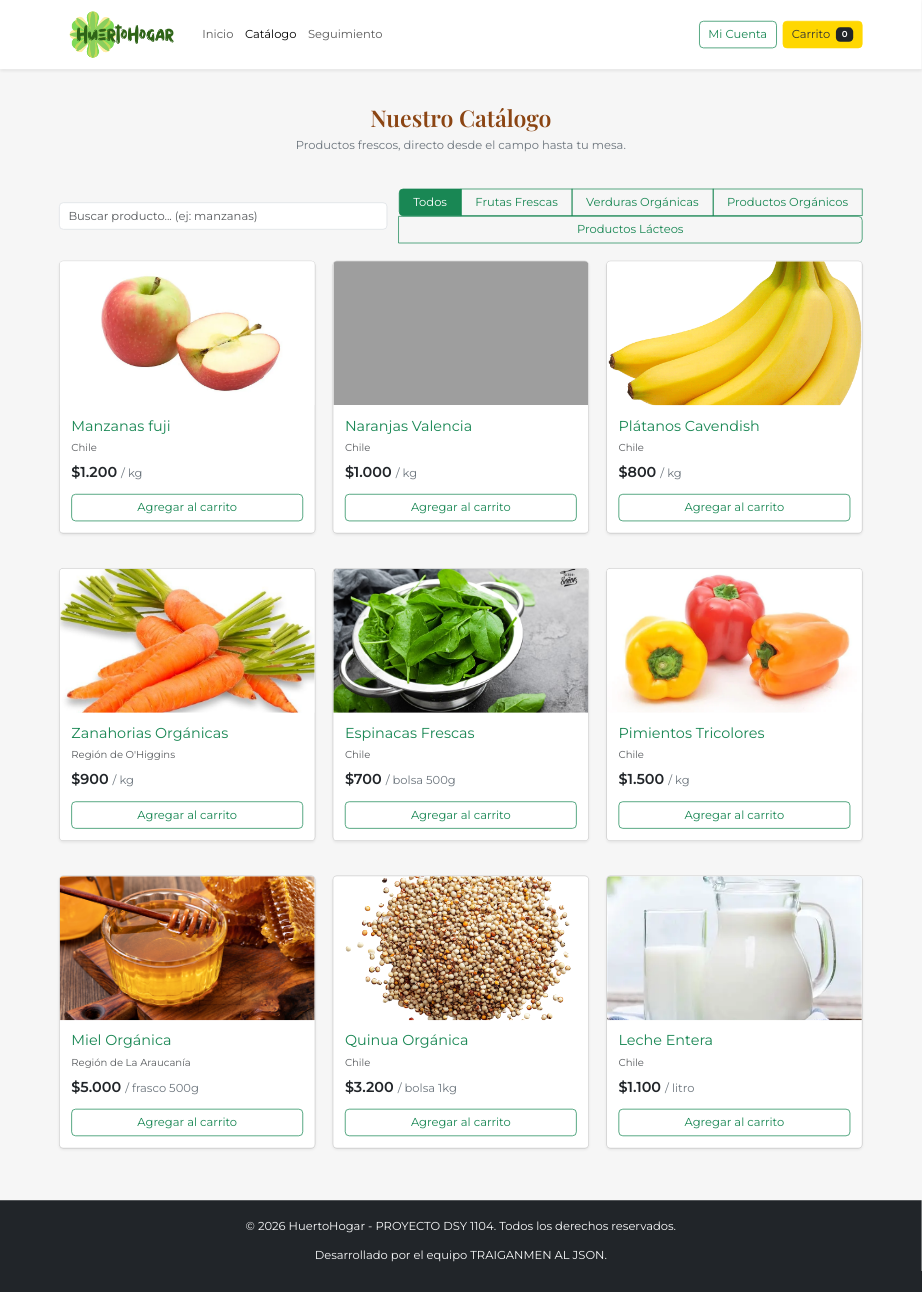
Repository: RottZen/Ev_1_Huerto_Hogar
Page: 2_catalogo/catalogo.html
These files come from the project's save history. The page is drawn as it stood at one moment and after the next save; the edit follows.
The browser window is 1280 px wide. The pictures show the whole page, at 72% of full size.
Pictures or frames that could not be fetched are drawn as grey boxes.

Above is the page before, as saved 2026-09-08 18:03:55.

### 2_catalogo/catalogo.html
<!DOCTYPE html>
<html lang="es">
<head>
    <meta charset="UTF-8">
    <meta name="viewport" content="width=device-width, initial-scale=1.0">
    <title>Catálogo - HuertoHogar</title>


    <link href="https://cdn.jsdelivr.net/npm/bootstrap@5.3.2/dist/css/bootstrap.min.css" rel="stylesheet">
    <link href="https://fonts.googleapis.com/css2?family=Montserrat:wght@400;600&family=Playfair+Display:wght@600;700&display=swap" rel="stylesheet">


    <link rel="stylesheet" href="../7_comunes/global.css">
    <link rel="stylesheet" href="catalogo.css">
</head>
<body class="d-flex flex-column min-vh-100">

    <!-- FIX header-->
    <header>
        <nav class="navbar navbar-expand-lg navbar-light bg-white shadow-sm">
            <div class="container">
                <a class="navbar-brand" href="../1_inicio/index.html">
                    <img src="../assets/img/logo.png" alt="Logo HuertoHogar" class="logo-header d-inline-block align-text-center">
                </a>
                <button class="navbar-toggler" type="button" data-bs-toggle="collapse" data-bs-target="#menuNavegacion">
                    <span class="navbar-toggler-icon"></span>
                </button>

                <div class="collapse navbar-collapse" id="menuNavegacion">
                    <ul class="navbar-nav me-auto mb-2 mb-lg-0">
                        <li class="nav-item"><a class="nav-link" href="../1_inicio/index.html">Inicio</a></li>
                        <li class="nav-item"><a class="nav-link active" href="../2_catalogo/catalogo.html">Catálogo</a></li>
                        <li class="nav-item"><a class="nav-link" href="../6_seguimiento/rastreo.html">Seguimiento</a></li>
                    </ul>
                    <div class="d-flex gap-2">
                        <a href="../4_autenticacion/registro.html" class="btn btn-outline-success">Mi Cuenta</a>
                        <a href="../3_carrito/carrito.html" class="btn btn-warning">
                            Carrito <span class="badge bg-dark ms-1" id="contador-carrito">0</span>
                        </a>
                    </div>
                </div>
            </div>
        </nav>
    </header>

    <!-- CONTENEDOR DEL CATÁLOGO -->
    <main class="container my-5 flex-grow-1">
        <div class="text-center mb-5">
            <h2 class="font-playfair">Nuestro Catálogo</h2>
            <p class="text-secondary">Productos frescos, directo desde el campo hasta tu mesa.</p>
        </div>

        <div class="row mb-4 g-3 align-items-center">
            <div class="col-md-5">
                <input
                    type="text"
                    id="buscador-productos"
                    class="form-control"
                    placeholder="Buscar producto... (ej: manzanas)"
                    oninput="buscarProductos(this.value)">
            </div>

            <div class="col-md-7 text-md-end">
                <div class="btn-group flex-wrap" role="group">
                    <button class="btn btn-outline-success active" onclick="filtrarPorCategoria('todos')">Todos</button>
                    <button class="btn btn-outline-success" onclick="filtrarPorCategoria('frutas')">Frutas Frescas</button>
                    <button class="btn btn-outline-success" onclick="filtrarPorCategoria('verduras')">Verduras Orgánicas</button>
                    <button class="btn btn-outline-success" onclick="filtrarPorCategoria('organicos')">Productos Orgánicos</button>
                    <button class="btn btn-outline-success" onclick="filtrarPorCategoria('lacteos')">Productos Lácteos</button>
                </div>
            </div>
        </div>

        <div class="row row-cols-1 row-cols-sm-2 row-cols-lg-3 g-4 grid-productos">
        </div>
    </main>


    <footer class="bg-dark text-light py-4 mt-auto">
        <div class="container text-center">
            <p>&copy; 2026 HuertoHogar - PROYECTO DSY 1104. Todos los derechos reservados.</p>
            <p>Desarrollado por el equipo TRAIGANMEN AL JSON.</p>
        </div>
    </footer>

    <script src="https://cdn.jsdelivr.net/npm/bootstrap@5.3.2/dist/js/bootstrap.bundle.min.js"></script>
    <script src="../7_comunes/datos.js"></script>
    <script src="catalogo.js"></script>
</body>
</html>

### 7_comunes/global.css
/* tipografia */
@import url('https://fonts.googleapis.com/css2?family=Montserrat:wght@400;600&family=Playfair+Display:wght@600;700&display=swap');

/* variable colores of */
:root{
    --blanco-suave: #f6f6f6;
    --verde-esmeralda: #2e8b57;
    --amarillo-mostaza: #ffd700;
    --marron-claro: #8B4513;
    --gris-oscuro: #333333;
    --gris-medio: #666666;

}
.logo-header{
    height: 70px;
    width: auto;
    object-fit: contain;

}

/* configuracion base */
body{
    background-color: var(--blanco-suave);
    color : var(--gris-oscuro);
    font-family: 'Montserrat', sans-serif;
}

h1, h2, h3, h4{
    font-family: 'Playfair Display', serif;
    color: var(--marron-claro)
}


/* sobreescribir botones feos de bootstrap */

.btn-primary{
    background-color: var(--verde-esmeralda) !important;
    border-color: var(--verde-esmeralda) !important;
    color: white !important;
}
.btn-primary:hover{
    background-color: #246b43 !important; /*mas oscurito pa q se note la interaccion */
    border-color: #246b43 !important;
}
.btn-warning{
    background-color: var(--amarillo-mostaza) !important;
    border-color: var(--amarillo-mostaza) !important;
    color: var(--gris-oscuro) !important;
}

### 2_catalogo/catalogo.css
.grid-productos .card-img-top {
    height: 180px;
    object-fit: cover;
}

.tarjeta-producto .card-text.fw-semibold {
    margin-top: auto;
    margin-bottom: 0.75rem;
    color: var(--verde-esmeralda);
}

#buscador-productos:focus {
    border-color: var(--verde-esmeralda);
    box-shadow: 0 0 0 0.2rem rgba(46, 139, 87, 0.25);
}

.filtros-categoria.flex-wrap .btn {
    margin-bottom: 0.4rem;
}

### 7_comunes/datos.js
const productos = [
    {
        "Codigo": "FR001",
        "nombre": "Manzanas fuji",
        "categoria": "frutas",
        "precio": 1200,
        "unidad": "kg",
        "imagen": "../assets/img/manzana-fuji.jpg",
        "descripcion": "Jugosas y ricas en vitamina C, ideales para zumos frescos y refrescantes.",
        "origen": "Chile",
        "stock": 200
    },
    {
        "Codigo": "FR002",
        "nombre": "Naranjas Valencia",
        "categoria": "frutas",
        "precio": 1000,
        "unidad": "kg",
        "imagen": "../assets/img/naranjas-valencia.jpg",
        "descripcion": "Jugosas y ricas en vitamina C, ideales para zumos frescos y refrescantes.",
        "origen": "Chile",
        "stock": 200
    },
    {
        "Codigo": "FR003",
        "nombre": "Plátanos Cavendish",
        "categoria": "frutas",
        "precio": 800,
        "unidad": "kg",
        "imagen": "../assets/img/platanos-cavendish.jpg",
        "descripcion": "Plátanos maduros y dulces, perfectos para el desayuno o como snack energético.",
        "origen": "Chile",
        "stock": 250
    },
    {
        "Codigo": "VR001",
        "nombre": "Zanahorias Orgánicas",
        "categoria": "verduras",
        "precio": 900,
        "unidad": "kg",
        "imagen": "../assets/img/zanahorias-organicas.jpg",
        "descripcion": "Zanahorias crujientes cultivadas sin pesticidas. Excelente fuente de vitamina A y fibra.",
        "origen": "Región de O'Higgins",
        "stock": 100
    },
    {
        "Codigo": "VR002",
        "nombre": "Espinacas Frescas",
        "categoria": "verduras",
        "precio": 700,
        "unidad": "bolsa 500g",
        "imagen": "../assets/img/espinacas-frescas.jpg",
        "descripcion": "Espinacas frescas y nutritivas, perfectas para ensaladas y batidos verdes.",
        "origen": "Chile",
        "stock": 80
    },
    {
        "Codigo": "VR003",
        "nombre": "Pimientos Tricolores",
        "categoria": "verduras",
        "precio": 1500,
        "unidad": "kg",
        "imagen": "../assets/img/pimientos-tricolores.jpg",
        "descripcion": "Pimientos rojos, amarillos y verdes, ideales para salteados y platos coloridos.",
        "origen": "Chile",
        "stock": 120
    },
    {
        "Codigo": "PO001",
        "nombre": "Miel Orgánica",
        "categoria": "organicos",
        "precio": 5000,
        "unidad": "frasco 500g",
        "imagen": "../assets/img/miel-organica.jpg",
        "descripcion": "Miel pura y orgánica producida por apicultores locales. Rica en antioxidantes y con un sabor inigualable.",
        "origen": "Región de La Araucanía",
        "stock": 50
    },
    {
        "Codigo": "PO003",
        "nombre": "Quinua Orgánica",
        "categoria": "organicos",
        "precio": 3200,
        "unidad": "bolsa 1kg",
        "imagen": "../assets/img/quinua-organica.jpg",
        "descripcion": "Quinua orgánica, alta en proteínas y libre de gluten, ideal para una alimentación saludable.",
        "origen": "Chile",
        "stock": 35
    },
    {
        "Codigo": "PL001",
        "nombre": "Leche Entera",
        "categoria": "lacteos",
        "precio": 1100,
        "unidad": "litro",
        "imagen": "../assets/img/leche-entera.jpg",
        "descripcion": "Leche entera proveniente de granjas locales, rica en calcio y nutrientes esenciales.",
        "origen": "Chile",
        "stock": 90
    }
];


function obtenerCarrito() {
    const carritoGuardado = localStorage.getItem("carritoHuertoHogar");
    return carritoGuardado ? JSON.parse(carritoGuardado) : [];
}

function guardarCarrito(carrito) {
    localStorage.setItem("carritoHuertoHogar",JSON.stringify(carrito));
    actualizarContadorCarrito()
}

function agregarAlCarrito(codProducto,cantidad = 1) {
    const producto = productos.find(p => p.Codigo == codProducto);
    if (!producto){
        console.error("Producto no encontrado");
        return;
    }
    const carrito = obtenerCarrito();
    const itemExistente = carrito.find(item => item.Codigo == codProducto);
    if (itemExistente) {
        itemExistente.cantidad += cantidad;
    } else {
        carrito.push({
            "Codigo" : producto.Codigo,
            "nombre" : producto.nombre,
            "precio" : producto.precio,
            "imagen" : producto.imagen,
            "cantidad" : cantidad
        });
    }
    guardarCarrito(carrito)
}

function eliminarDelCarrito(codProducto) {
    let carrito = obtenerCarrito();
    carrito = carrito.filter(item => item.Codigo !== codProducto);
    guardarCarrito(carrito);
    renderizarCarrito();
}

function actualizarCantidad(codProducto, nuevaCantidad) {
    const carrito = obtenerCarrito();
    const item = carrito.find(item => item.Codigo === codProducto);

    if (item && nuevaCantidad > 0) {
        item.cantidad = nuevaCantidad;
        guardarCarrito(carrito);
        renderizarCarrito();
    }
}

function calcularTotalCarrito() {
    const carrito = obtenerCarrito();
    return carrito.reduce((total, item) => total + (item.precio * item.cantidad), 0);
}

function actualizarContadorCarrito() {
    const contador = document.querySelector("#contador-carrito");
    if (!contador) {
        return;
    }
    const carrito = obtenerCarrito();
    const productostotales = carrito.reduce((total, item) => total + item.cantidad, 0);
    contador.textContent = productostotales;
}

function renderizarProductos(listaProductos = productos) {
    const contenedor = document.querySelector(".grid-productos");
    if (!contenedor) return;

    contenedor.innerHTML = "";

    listaProductos.forEach(producto => {
        const tarjeta = document.createElement("article");
        tarjeta.className = "col-12 col-md-6 col-lg-4 mb-4"; // Clases de grilla Bootstrap
        tarjeta.innerHTML = `
            <div class="card h-100 shadow-sm">
                <img src="${producto.imagen}" class="card-img-top" alt="${producto.nombre}" style="height: 200px; object-fit: cover;">
                <div class="card-body d-flex flex-column">
                    <h5 class="card-title text-success">${producto.nombre}</h5>
                    <p class="text-muted small mb-2">${producto.origen}</p>
                    <p class="fs-5 fw-bold mb-3">$${producto.precio.toLocaleString("es-CL")} <span class="fs-6 fw-normal text-secondary">/ ${producto.unidad}</span></p>
                    <button class="btn btn-outline-success mt-auto w-100" onclick="agregarAlCarrito('${producto.Codigo}')">Agregar al carrito</button>
                </div>
            </div>
        `;
        contenedor.appendChild(tarjeta);
    });
}

function filtrarPorCategoria(categoria) {
    if (categoria === "todos") {
        renderizarProductos(productos);
    } else {
        const filtrados = productos.filter(p => p.categoria === categoria);
        renderizarProductos(filtrados);
    }
}

// Dibuja el contenido del carrito en carrito.html
function renderizarCarrito() {
    const contenedor = document.querySelector("#tabla-carrito");
    if (!contenedor) return;

    const carrito = obtenerCarrito();
    contenedor.innerHTML = "";

    if (carrito.length === 0) {
        contenedor.innerHTML = '<tr><td colspan="5" class="text-center py-4 text-muted">El carrito está vacío</td></tr>';
    } else {
        carrito.forEach(item => {
            const fila = document.createElement("tr");
            fila.classList.add("item-carrito");
            fila.innerHTML = `
                <td class="d-flex align-items-center">
                    <img src="${item.imagen}" alt="${item.nombre}" style="width : 50px; height: 50px; object-fit: cover;" class= "rounded me-2">
                    <span>${item.nombre}</span>
                </td>
                <td>$${item.precio.toLocaleString("es-CL")}</td>
                <td>
                    <input type="number" class="form-control form-control-sm" style="width: 70px;" min="1" value="${item.cantidad}"
                        onchange="actualizarCantidad('${item.Codigo}', parseInt(this.value))">

                </td>
                <td>
                    <span class="fw-bold text-success ms-2">
                    $${(item.precio * item.cantidad).toLocaleString("es-CL")}</span>
                </td>
                <td>
                    <button class="btn btn-danger btn-sm" onclick="eliminarDelCarrito('${item.Codigo}')">Eliminar</button>
                </td>
                `;
                contenedor.appendChild(fila);
            });
        }

    const totalElemento = document.querySelector("#total-carrito");
    const subtotalElemento = document.querySelector("#subtotal-carrito");

    if (totalElemento && subtotalElemento) {
        const totalCalculado = calcularTotalCarrito().toLocaleString("es-CL");
        subtotalElemento.textContent = `$${totalCalculado} CLP`;
        totalElemento.textContent = `$${calcularTotalCarrito().toLocaleString("es-CL")}`;
    }
}

document.addEventListener("DOMContentLoaded", () => {
    actualizarContadorCarrito();
    renderizarProductos();
    renderizarCarrito();
})

### 2_catalogo/catalogo.js

function buscarProductos(texto) {
    const textoBusqueda = texto.trim().toLowerCase();

    if (textoBusqueda === "") {
        renderizarProductos(productos); // sin texto, muestra todo
        return;
    }

    const resultados = productos.filter(producto =>
        producto.nombre.toLowerCase().includes(textoBusqueda)
    );

    renderizarProductos(resultados);
}


function marcarFiltroActivo(botonSeleccionado) {
    document.querySelectorAll(".filtros-categoria .btn, .btn-group .btn")
        .forEach(boton => boton.classList.remove("active"));

    botonSeleccionado.classList.add("active");
}

function seleccionarCategoria(categoria, boton) {
    filtrarPorCategoria(categoria); // función de datos.js
    marcarFiltroActivo(boton);

    const buscador = document.getElementById("buscador-productos");
    if (buscador) buscador.value = "";
}

After the next save:
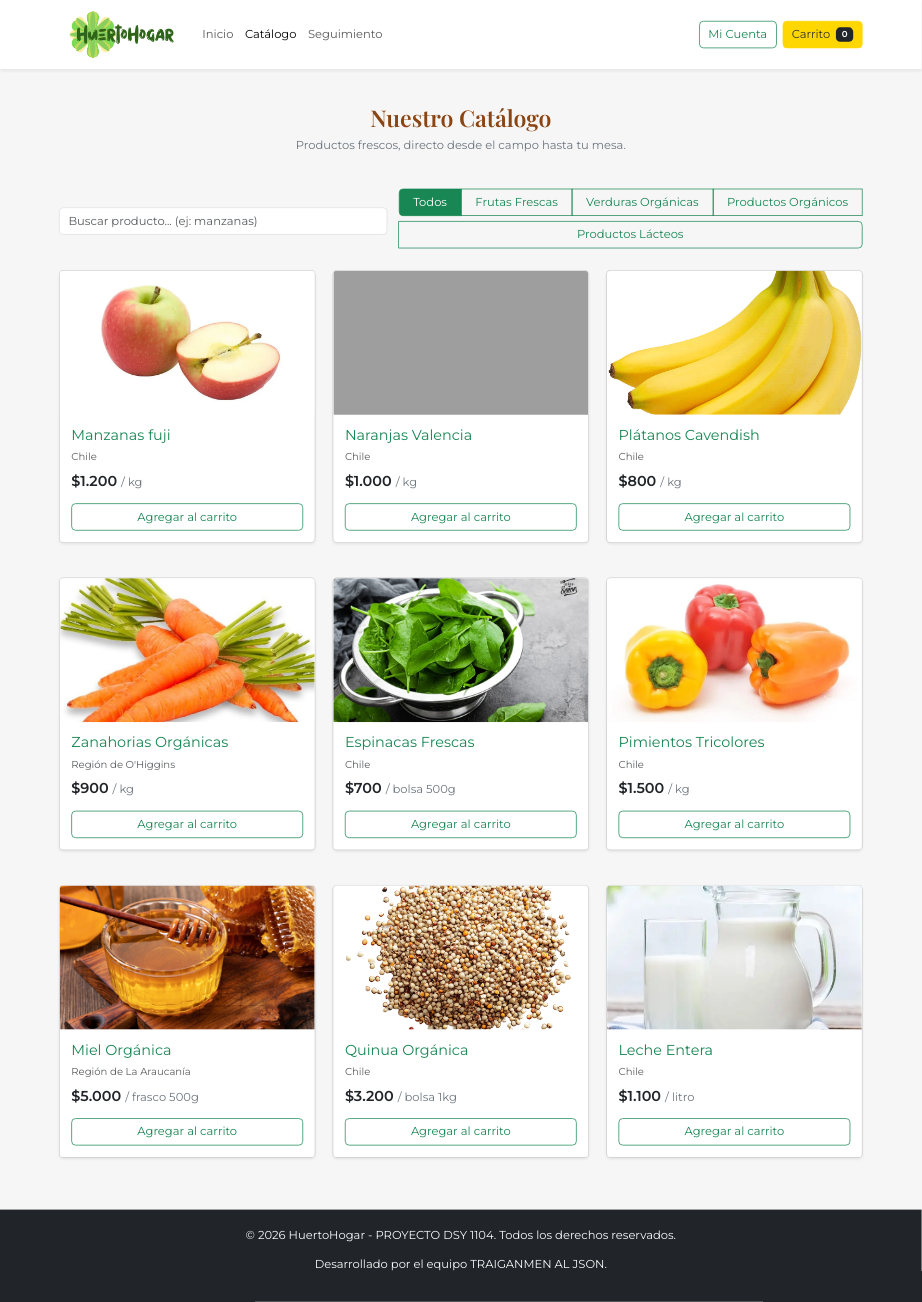
Saved 2 min 30 s later.
--- a/2_catalogo/catalogo.css
+++ b/2_catalogo/catalogo.css
@@ -14,6 +14,6 @@
     box-shadow: 0 0 0 0.2rem rgba(46, 139, 87, 0.25);
 }
 
-.filtros-categoria.flex-wrap .btn {
+.btn-group.flex-wrap .btn{
     margin-bottom: 0.4rem;
 }
